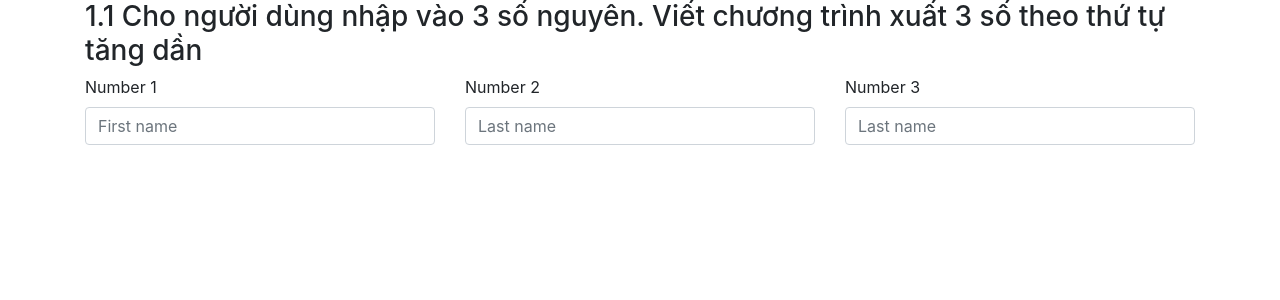
Repository: baobaodeveloper/bootscamp21__jsbasic__HuynhAnhBao
Page: index.html
These files come from the project's save history. The page is drawn as it stood at one moment and after the next save; the edit follows.
The browser window is 1280 px wide. The pictures show the whole page.

Above is the page before, as saved 2022-03-09 23:03:14.

After the next save:
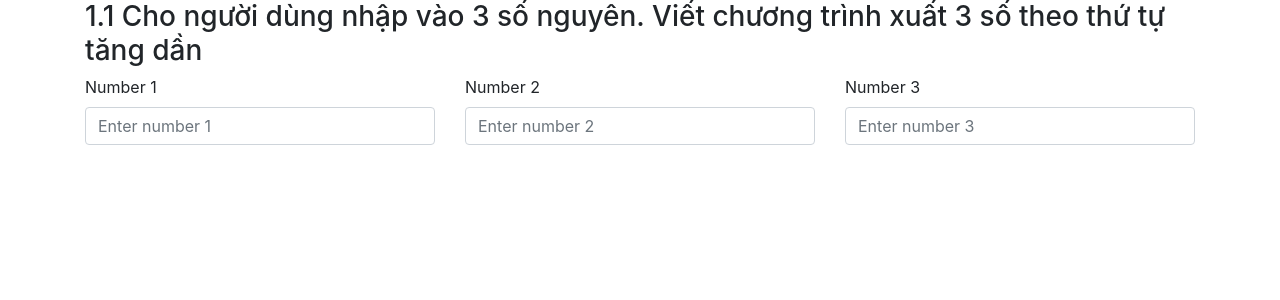
Saved 56 s later.
--- a/index.html
+++ b/index.html
@@ -27,15 +27,27 @@
       <div class="row">
         <div class="col">
           <label class="form-label">Number 1</label>
-          <input type="number" class="form-control" placeholder="First name" />
+          <input
+            type="number"
+            class="form-control"
+            placeholder="Enter number 1"
+          />
         </div>
         <div class="col">
           <label class="form-label">Number 2</label>
-          <input type="number" class="form-control" placeholder="Last name" />
+          <input
+            type="number"
+            class="form-control"
+            placeholder="Enter number 2"
+          />
         </div>
         <div class="col">
           <label class="form-label">Number 3</label>
-          <input type="number" class="form-control" placeholder="Last name" />
+          <input
+            type="number"
+            class="form-control"
+            placeholder="Enter number 3"
+          />
         </div>
       </div>
     </div>
